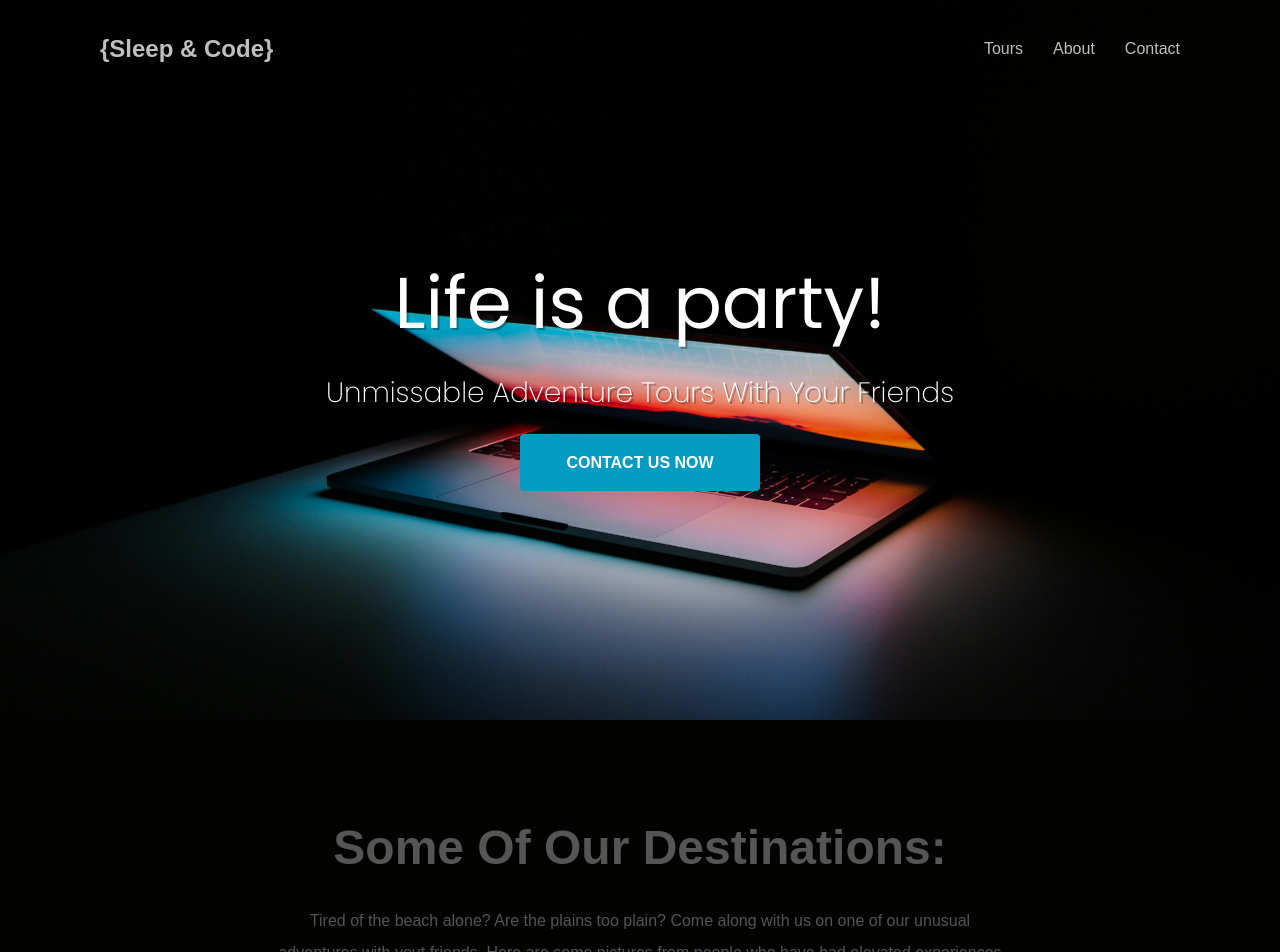
Repository: Samkiroko/Techcamp-html
Page: index.html
The author's editor kept a copy of each file at every save. The page is drawn from the files as they stood at one save, then again after the next save.
The browser window is 1280 px wide. The pictures show the part of the page from y = 0 to 952 px (the page is 4704 px tall).

Above is the page before, as saved 2021-08-05 16:40:50.
Not found: assets/css/styles.css

### index.html
<!DOCTYPE html>
<html lang="en">

<head>
    <meta charset="UTF-8">
    <title>Tech Camp start-up</title>
    <link rel="stylesheet" href="./style.css">

</head>


<!-- partial:index.partial.html -->
<link rel="preconnect" href="https://fonts.googleapis.com">
<link rel="preconnect" href="https://fonts.gstatic.com" crossorigin>
<link href="https://fonts.googleapis.com/css2?family=Poppins:wght@200;400;600&display=swap" rel="stylesheet">
<link rel="stylesheet" href="https://maxcdn.bootstrapcdn.com/font-awesome/4.7.0/css/font-awesome.min.css">
<link rel="stylesheet" href="assets/css/styles.css">
</head>


<!-- Forked from a template on Tutorialzine: https://tutorialzine.com/2016/06/freebie-landing-page-template-with-flexbox -->
<header>
    <h2><a href="#">{Sleep & Code}</a></h2>
    <nav>
        <li><a href="#">Tours</a></li>
        <li><a href="#">About</a></li>
        <li><a href="#">Contact</a></li>
    </nav>
</header>

<section class="hero">
    <div class="background-image"></div>
    <div class="hero-content-area">
        <h1>Life is a party!</h1>
        <h3>Unmissable Adventure Tours With Your Friends</h3>
        <a href="#" class="btn">Contact Us Now</a>
    </div>
</section>

<section class="destinations">
    <h3 class="title">Some of our destinations:</h3>
    <p>Tired of the beach alone? Are the plains too plain? Come along with us on one of our unusual adventures with yout friends. Here are some pictures from people who have had elevated experiences with us.</p>
    <hr>

    <ul class="grid">
        <li class="small image-1"></li>
        <li class="large image-2"></li>
        <li class="large image-3"></li>
        <li class="small image-4"></li>
    </ul>
</section>

<section class="packages">
    <h3 class="title">Tour Packages</h3>
    <p>We offer a variety of group (minimum 5 people) packages. Whether you've spent some summers together or this might be your first adventure, we've got the perfect vacation for you.</p>
    <hr>

    <ul class="grid">
        <li>
            <i class="fa fa-compass fa-4x"></i>
            <h4>Guided Trips</h4>
            <p>Looking for the complete experience? Take a tour with one of our experts. They'll show you secrets that you're likely to miss otherwise.</p>
        </li>
        <li>
            <i class="fa fa-camera-retro fa-4x"></i>
            <h4>Photo Trips</h4>
            <p>Want to experience nature's beauty without all of that annoying exercise? Take a photo tour on one of our <em>Life is a party!</em> buses.</p>
        </li>
        <li>
            <i class="fa fa-bicycle fa-4x"></i>
            <h4>Biking Trips</h4>
            <p>If bicycles are more your speed, consider taking a tour through one of our mountain or city bike paths. We'll provide the bikes, and lunch too!</p>
        </li>
        <li>
            <i class="fa fa-flag-checkered fa-4x"></i>
            <h4>Racing Trips</h4>
            <p>Got a competitive spirit? Sign up for one of our challenge-based marathons! Try to reach the summit before any other group.</p>
        </li>
    </ul>
</section>

<section class="testimonials">
    <h3 class="title">Testimonials from our adventurers:</h3>
    <hr>
    <p class="quote">Wow! This tour made me realize how much I love being outside with my friends. After going on one of these tours, I can safely say that beer pong is my favorite game all time, also the cultural programs were really interesting!</p>
    <p class="author">- Albert Herter</p>
    <p class="quote">Wow, this really blew my mind. We had so much fun at the beach, and also some hidden secrets revealed. Come on, I'm living in this city for 5 years. Amazing!</p>
    <p class="author">- Sharon Rosenberg</p>
    <p class="quote">If you want to understand your friends better, head to the mountains. I mean, seriously. It's like sitting next to a campfire and just talk in the sunset, woah. You know? It's like that.</p>
    <p class="author">- Luis Mendoza</p>
</section>

<section class="contact">
    <h3 class="title">Learn more</h3>
    <p>Want to know about our upcoming events, or come to one of our mixers? Just sign up for our mailing list. No spam from us, we promise! Except for the spam we give you to keep up your energy while you're having fun with your friends. Have a blast! We
        have tons of that.</p>
    <hr>
    <form>
        <input type="email" placeholder="Email">
        <a href="#" class="btn">Subscribe now</a>
    </form>
</section>

<footer>
    <p>Images courtesy of <a href="http://unsplash.com/">unsplash</a>.</p>
    <p>Why are you even reading this?! There's never anything interesting in the footer!</p>
    <ul>
        <li><a href="#"><i class="fa fa-twitter-square fa-2x"></i></a></li>
        <li><a href="#"><i class="fa fa-facebook-square fa-2x"></i></a></li>
        <li><a href="#"><i class="fa fa-snapchat-square fa-2x"></i></a></li>
    </ul>
</footer>
<!-- partial -->

</body>

</html>

### style.css
/*General Styles*/

* {
    margin: 0;
    padding: 0;
    box-sizing: border-box;
}

body {
    background: #020200;
}

html {
    font-size: 16px;
    font-family: 'Raleway', sans-serif;
    color: #555;
}

ul,
nav {
    list-style: none;
}

a {
    text-decoration: none;
    opacity: 0.75;
    color: #fff;
}

a:hover {
    opacity: 1;
}

a.btn {
    border-radius: 4px;
    text-transform: uppercase;
    font-weight: bold;
    text-align: center;
    background-color: #039bc2;
    opacity: 1;
    transition: all 400ms;
}

a.btn:hover {
    background-color: #ce5856;
}

section {
    display: flex;
    flex-direction: column;
    align-items: center;
    padding: 100px 80px;
}

section:not(.hero):nth-child(even) {
    background-color: #f5f5f5;
}

.grid {
    width: 100%;
    display: flex;
    flex-wrap: wrap;
    justify-content: center;
}

hr {
    width: 250px;
    height: 3px;
    background-color: #039bc2;
    border: 0;
    margin-bottom: 50px;
}


/*
.image-1 {
    background-image: url('https://images.unsplash.com/photo-1505852903341-fc8d3db10436?ixlib=rb-0.3.5&q=80&fm=jpg&crop=entropy&cs=tinysrgb&w=1600&h=900&fit=crop&s=e2f72e62d5f4f04256dd9305d5f51f3c');
}

.image-2 {
    background-image: url('https://images.unsplash.com/photo-1475483768296-6163e08872a1?ixlib=rb-0.3.5&q=80&fm=jpg&crop=entropy&cs=tinysrgb&w=1600&h=900&fit=crop&s=20b3b1c3caef8c619ac3c75c07a7eafb');
}

.image-3 {
    background-image: url('https://images.unsplash.com/photo-1490576198307-6ff97609a0cc?ixlib=rb-0.3.5&q=80&fm=jpg&crop=entropy&cs=tinysrgb&w=1600&h=900&fit=crop&s=a0dbd168637edc2cfdac3715ab23d519');
}

.image-4 {
    background-image: url('https://images.unsplash.com/photo-1505483531331-fc3cf89fd382?ixlib=rb-0.3.5&q=80&fm=jpg&crop=entropy&cs=tinysrgb&w=1600&h=900&fit=crop&s=4f305bbc0243f81f1bf6053a62d76297');
} */

section h3.title {
    text-transform: capitalize;
    font: bold 48px 'Amatic SC', sans-serif;
    margin-bottom: 30px;
    text-align: center;
}

section p {
    max-width: 775px;
    line-height: 2;
    padding: 0 20px;
    margin-bottom: 30px;
    text-align: center;
}

@media (max-width: 800px) {
    section {
        padding: 50px 20px;
    }
}


/*Header Styles*/

header {
    position: absolute;
    width: 100%;
    display: flex;
    justify-content: space-between;
    align-items: center;
    padding: 35px 100px 0;
    animation: 1s fadein 0.5s forwards;
    opacity: 0;
    color: #fff;
    z-index: 2;
}

@keyframes fadein {
    100% {
        opacity: 1;
    }
}

header h2 {
    font-family: 'Amatic SC', sans-serif;
}

header nav {
    display: flex;
    margin-right: -15px;
}

header nav li {
    margin: 0 15px;
}

@media (max-width: 800px) {
    header {
        padding: 20px 50px;
        flex-direction: column;
    }
    header h2 {
        margin-bottom: 15px;
    }
}


/*Hero Styles*/

.hero {
    position: relative;
    justify-content: center;
    text-align: center;
    min-height: 100vh;
    color: #fff;
}

.hero .background-image {
    position: absolute;
    top: 0;
    left: 0;
    width: 100%;
    height: 100%;
    background-image: url('img/hp.jpg');
    background-size: cover;
    z-index: -1;
    background-color: #80a3db;
}

.hero h1 {
    font: 72px 'Amatic SC', sans-serif;
    text-shadow: 2px 2px rgba(0, 0, 0, 0.3);
    margin-bottom: 15px;
}

.hero h3 {
    font: 28px 'Raleway', sans-serif;
    font-weight: 300;
    text-shadow: 2px 2px rgba(0, 0, 0, 0.3);
    margin-bottom: 40px;
}

.hero a.btn {
    padding: 20px 46px;
}

.hero-content-area {
    opacity: 0;
    margin-top: 100px;
    animation: 1s slidefade 1s forwards;
}

@keyframes slidefade {
    100% {
        opacity: 1;
        margin: 0;
    }
}

@media (max-width: 800px) {
    .hero {
        min-height: 600px;
    }
    .hero h1 {
        font-size: 48px;
    }
    .hero h3 {
        font-size: 24px;
    }
    .hero a.btn {
        padding: 15px 40px;
    }
}


/*Destinations Section*/

.destinations .grid li {
    height: 350px;
    padding: 20px;
    background-clip: content-box;
    background-size: cover;
    background-position: center;
}

.destinations .grid li.small {
    flex-basis: 30%;
}

.destinations .grid li.large {
    flex-basis: 70%;
}

@media (max-width: 1100px) {
    .destinations .grid li.small,
    .destinations .grid li.large {
        flex-basis: 50%;
    }
}

@media (max-width: 800px) {
    .destinations .grid li.small,
    .destinations .grid li.large {
        flex-basis: 100%;
    }
}


/*Packages Section*/

.packages .grid li {
    padding: 50px;
    flex-basis: 50%;
    text-align: center;
}

.packages .grid li i {
    color: #039bc2;
}

.packages .grid li h4 {
    font-size: 30px;
    margin: 25px 0;
}

@media (max-width: 800px) {
    .packages .grid li {
        flex-basis: 100%;
        padding: 20px;
    }
}


/*Testimonials Section*/

.testimonials .quote {
    font-size: 22px;
    font-weight: 300;
    line-height: 1.5;
    margin: 40px 0 25px;
}

@media (max-width: 800px) {
    .testimonials .quote {
        font-size: 18px;
        margin: 15px 0;
    }
    .testimonials .author {
        font-size: 14px;
    }
}


/*Contact Section*/

.contact form {
    display: flex;
    align-items: center;
    justify-content: center;
    flex-wrap: wrap;
    width: 60%;
}

.contact form .btn {
    padding: 18px 42px;
}

.contact form input {
    padding: 15px;
    margin-right: 30px;
    font-size: 18px;
    color: #555;
    flex: 1;
}

@media (max-width: 1000px) {
    .contact form input {
        flex-basis: 100%;
        margin: 0 0 20px 0;
    }
}


/*Footer Section*/

footer {
    display: flex;
    align-items: center;
    justify-content: space-around;
    background-color: #555;
    color: #fff;
    padding: 20px 0;
}

footer ul {
    display: flex;
}

footer ul li {
    margin-left: 16px;
}

footer p {
    text-transform: uppercase;
    font-size: 14px;
    opacity: 0.6;
    align-self: center;
}

@media (max-width: 1100px) {
    footer {
        flex-direction: column;
    }
    footer p {
        text-align: center;
        margin-bottom: 20px;
    }
    footer ul li {
        margin: 0 8px;
    }
}


/*General Styles*/

* {
    margin: 0;
    padding: 0;
    box-sizing: border-box;
}

html {
    font-size: 16px;
    font-family: 'Raleway', sans-serif;
    color: #555;
}

ul,
nav {
    list-style: none;
}

a {
    text-decoration: none;
    opacity: 0.75;
    color: #fff;
}

a:hover {
    opacity: 1;
}

a.btn {
    border-radius: 4px;
    text-transform: uppercase;
    font-weight: bold;
    text-align: center;
    background-color: #039bc2;
    opacity: 1;
    transition: all 400ms;
}

a.btn:hover {
    background-color: #ce5856;
}

section {
    display: flex;
    flex-direction: column;
    align-items: center;
    padding: 100px 80px;
}

section:not(.hero):nth-child(even) {
    background-color: #f5f5f5;
}

.grid {
    width: 100%;
    display: flex;
    flex-wrap: wrap;
    justify-content: center;
}

hr {
    width: 250px;
    height: 3px;
    background-color: #039bc2;
    border: 0;
    margin-bottom: 50px;
}

.image-1 {
    background-image: url('https://images.unsplash.com/photo-1505852903341-fc8d3db10436?ixlib=rb-0.3.5&q=80&fm=jpg&crop=entropy&cs=tinysrgb&w=1600&h=900&fit=crop&s=e2f72e62d5f4f04256dd9305d5f51f3c');
}

.image-2 {
    background-image: url('https://images.unsplash.com/photo-1475483768296-6163e08872a1?ixlib=rb-0.3.5&q=80&fm=jpg&crop=entropy&cs=tinysrgb&w=1600&h=900&fit=crop&s=20b3b1c3caef8c619ac3c75c07a7eafb');
}

.image-3 {
    background-image: url('https://images.unsplash.com/photo-1490576198307-6ff97609a0cc?ixlib=rb-0.3.5&q=80&fm=jpg&crop=entropy&cs=tinysrgb&w=1600&h=900&fit=crop&s=a0dbd168637edc2cfdac3715ab23d519');
}

.image-4 {
    background-image: url('https://images.unsplash.com/photo-1505483531331-fc3cf89fd382?ixlib=rb-0.3.5&q=80&fm=jpg&crop=entropy&cs=tinysrgb&w=1600&h=900&fit=crop&s=4f305bbc0243f81f1bf6053a62d76297');
}

section h3.title {
    text-transform: capitalize;
    font: bold 48px 'Amatic SC', sans-serif;
    margin-bottom: 30px;
    text-align: center;
}

section p {
    max-width: 775px;
    line-height: 2;
    padding: 0 20px;
    margin-bottom: 30px;
    text-align: center;
}

@media (max-width: 800px) {
    section {
        padding: 50px 20px;
    }
}


/*Header Styles*/

header {
    position: absolute;
    width: 100%;
    display: flex;
    justify-content: space-between;
    align-items: center;
    padding: 35px 100px 0;
    animation: 1s fadein 0.5s forwards;
    opacity: 0;
    color: #fff;
    z-index: 2;
}

@keyframes fadein {
    100% {
        opacity: 1;
    }
}

header h2 {
    font-family: 'Amatic SC', sans-serif;
}

header nav {
    display: flex;
    margin-right: -15px;
}

header nav li {
    margin: 0 15px;
}

@media (max-width: 800px) {
    header {
        padding: 20px 50px;
        flex-direction: column;
    }
    header h2 {
        margin-bottom: 15px;
    }
}


/*Hero Styles*/

.hero {
    position: relative;
    justify-content: center;
    text-align: center;
    min-height: 100vh;
    color: #fff;
}

.hero .background-image {
    position: absolute;
    top: 0;
    left: 0;
    width: 100%;
    height: 100%;
    background-image: url('img/hp.jpg');
    background-size: cover;
    z-index: -1;
    background-color: #80a3db;
}

.hero h1 {
    font: 72px 'Poppins', sans-serif;
    text-shadow: 2px 2px rgba(0, 0, 0, 0.3);
    margin-bottom: 15px;
}

.hero h3 {
    font: 28px 'Poppins', sans-serif;
    font-weight: 300;
    text-shadow: 2px 2px rgba(0, 0, 0, 0.3);
    margin-bottom: 40px;
}

.hero a.btn {
    padding: 20px 46px;
}

.hero-content-area {
    opacity: 0;
    margin-top: 100px;
    animation: 1s slidefade 1s forwards;
}

@keyframes slidefade {
    100% {
        opacity: 1;
        margin: 0;
    }
}

@media (max-width: 800px) {
    .hero {
        min-height: 600px;
    }
    .hero h1 {
        font-size: 48px;
    }
    .hero h3 {
        font-size: 24px;
    }
    .hero a.btn {
        padding: 15px 40px;
    }
}


/*Destinations Section*/

.destinations .grid li {
    height: 350px;
    padding: 20px;
    background-clip: content-box;
    background-size: cover;
    background-position: center;
}

.destinations .grid li.small {
    flex-basis: 30%;
}

.destinations .grid li.large {
    flex-basis: 70%;
}

@media (max-width: 1100px) {
    .destinations .grid li.small,
    .destinations .grid li.large {
        flex-basis: 50%;
    }
}

@media (max-width: 800px) {
    .destinations .grid li.small,
    .destinations .grid li.large {
        flex-basis: 100%;
    }
}


/*Packages Section*/

.packages .grid li {
    padding: 50px;
    flex-basis: 50%;
    text-align: center;
}

.packages .grid li i {
    color: #039bc2;
}

.packages .grid li h4 {
    font-size: 30px;
    margin: 25px 0;
}

@media (max-width: 800px) {
    .packages .grid li {
        flex-basis: 100%;
        padding: 20px;
    }
}


/*Testimonials Section*/

.testimonials .quote {
    font-size: 22px;
    font-weight: 300;
    line-height: 1.5;
    margin: 40px 0 25px;
}

@media (max-width: 800px) {
    .testimonials .quote {
        font-size: 18px;
        margin: 15px 0;
    }
    .testimonials .author {
        font-size: 14px;
    }
}


/*Contact Section*/

.contact form {
    display: flex;
    align-items: center;
    justify-content: center;
    flex-wrap: wrap;
    width: 60%;
}

.contact form .btn {
    padding: 18px 42px;
}

.contact form input {
    padding: 15px;
    margin-right: 30px;
    font-size: 18px;
    color: #555;
    flex: 1;
}

@media (max-width: 1000px) {
    .contact form input {
        flex-basis: 100%;
        margin: 0 0 20px 0;
    }
}


/*Footer Section*/

footer {
    display: flex;
    align-items: center;
    justify-content: space-around;
    background-color: #555;
    color: #fff;
    padding: 20px 0;
}

footer ul {
    display: flex;
}

footer ul li {
    margin-left: 16px;
}

footer p {
    text-transform: uppercase;
    font-size: 14px;
    opacity: 0.6;
    align-self: center;
}

@media (max-width: 1100px) {
    footer {
        flex-direction: column;
    }
    footer p {
        text-align: center;
        margin-bottom: 20px;
    }
    footer ul li {
        margin: 0 8px;
    }
}

After the next save:
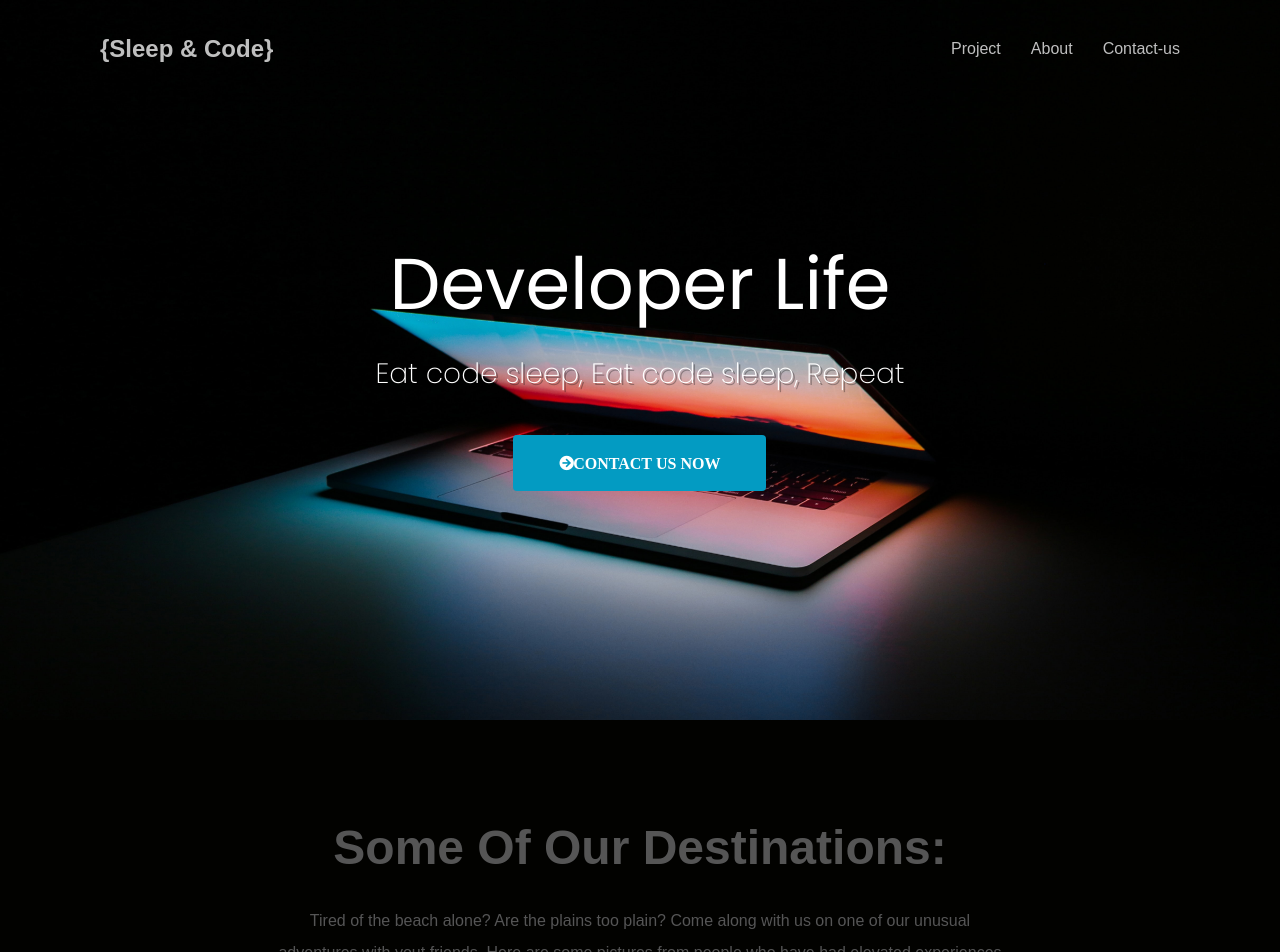
Saved 78 s later.
--- a/index.html
+++ b/index.html
@@ -22,18 +22,18 @@
 <header>
     <h2><a href="#">{Sleep & Code}</a></h2>
     <nav>
-        <li><a href="#">Tours</a></li>
+        <li><a href="#">Project</a></li>
         <li><a href="#">About</a></li>
-        <li><a href="#">Contact</a></li>
+        <li><a href="#">Contact-us</a></li>
     </nav>
 </header>
 
 <section class="hero">
     <div class="background-image"></div>
     <div class="hero-content-area">
-        <h1>Life is a party!</h1>
-        <h3>Unmissable Adventure Tours With Your Friends</h3>
-        <a href="#" class="btn">Contact Us Now</a>
+        <h1>Developer Life</h1>
+        <h3>Eat code sleep, Eat code sleep, Repeat</h3>
+        <a href="#" class="btn fa fa-arrow-circle-right">Contact Us Now</a>
     </div>
 </section>
 
